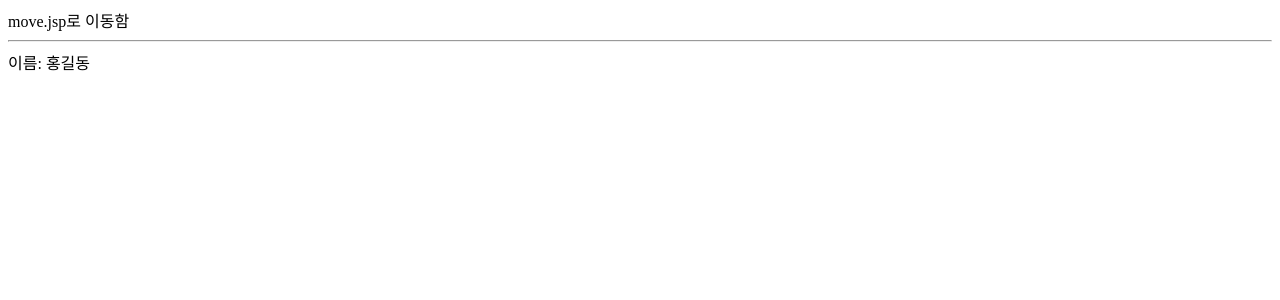
Repository: Jin0207/jsp
Page: http://localhost/day1213/red.jsp
An editor plug-in stored every save of this project. The page is shown before and after the next save, followed by the edit.
The browser window is 1280 px wide. The pictures show the whole page.
The page is served by Tomcat 9. Other server files are loaded and not shown.

Above is the page before, as saved 2021-12-13 03:39:07.

### day1213/src/main/webapp/red.jsp
<%@page import="java.net.URLEncoder"%>
<%@ page language="java" contentType="text/html; charset=EUC-KR"
    pageEncoding="EUC-KR"%>
<!DOCTYPE html>
<html>
<head>
<meta charset="EUC-KR">
<title>Insert title here</title>
</head>
<body bgcolor="red">
	<h2>red입니다.</h2>
	<hr>
	<jsp:forward page="move.jsp">
		<jsp:param value="green" name="bgcolor"/>
		<jsp:param value='<%=URLEncoder.encode("홍길동") %>' name="name"/>
	</jsp:forward>
</body>
</html>

### day1213/src/main/webapp/move.jsp
<%@page import="java.net.URLDecoder"%>
<%@ page language="java" contentType="text/html; charset=EUC-KR"
    pageEncoding="EUC-KR"%>
<!DOCTYPE html>
<html>
<head>
<meta charset="EUC-KR">
<title>Insert title here</title>
</head>
<body>
	<%
		String color = request.getParameter("bgcolor");
		String name = URLDecoder.decode(request.getParameter("name"));
	%>
	<div bgcolor="<%=color%>">
		move.jsp로 이동함
		<hr>
		이름: <%=name %>
	</div>
</body>
</html>

After the next save:
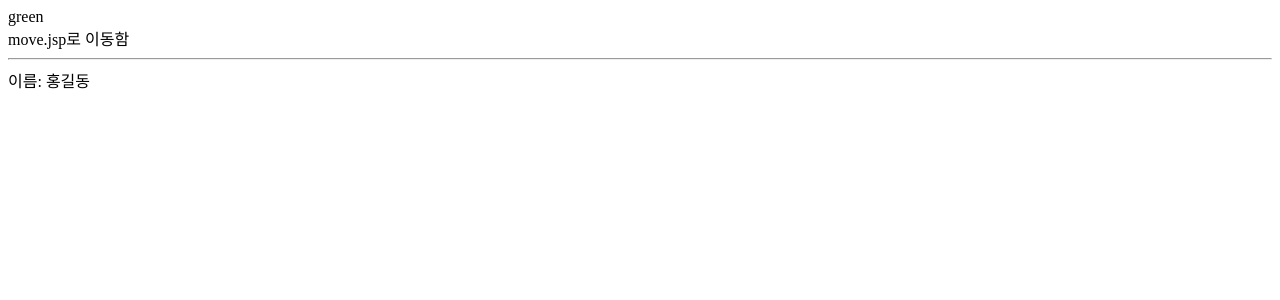
Saved 43 s later.
--- a/day1213/src/main/webapp/move.jsp
+++ b/day1213/src/main/webapp/move.jsp
@@ -10,6 +10,7 @@
 <body>
 	<%
 		String color = request.getParameter("bgcolor");
+		out.print(color);
 		String name = URLDecoder.decode(request.getParameter("name"));
 	%>
 	<div bgcolor="<%=color%>">
